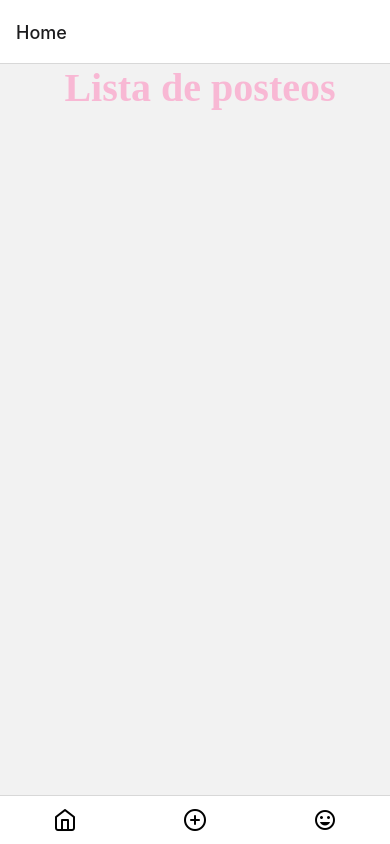
Repository: larafernandezo/finalprog3
Screen: /Menu
An editor plug-in stored every save of this project. The screen is shown before and after the next save, followed by the edit.
The page's requests for data from a server got no answer. The app was drawn by React Native's web renderer in a window 390 px wide. The project was rebuilt for these pictures with package versions that can differ from the ones it lists, and the page was loaded fresh each time. No one was signed in, and anything a server would have sent is missing. Also part of the build but not shown: src/components/Camera.js, src/screens/Registro.js, src/components/Post.js, src/screens/MiPerfil.js, src/screens/NuevoPost.js, src/screens/Perfil.js.

Above is the screen before, as saved 2022-11-22 11:31:36.

After the next save:
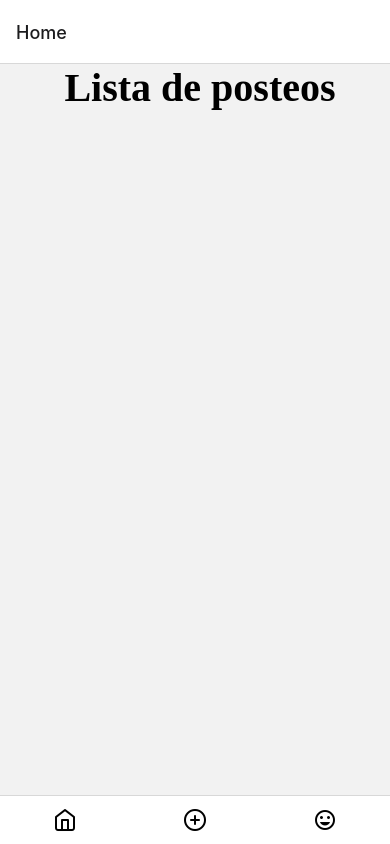
Saved 36 s later.
--- a/src/screens/Home.js
+++ b/src/screens/Home.js
@@ -50,7 +50,7 @@ const styles = StyleSheet.create({
         fontWeight:'bold',
         textAlign:'center',
         fontFamily: 'raleway heavy',
-        color: '#f8b8d4'
+        color: ''
 
     },
     view:{
